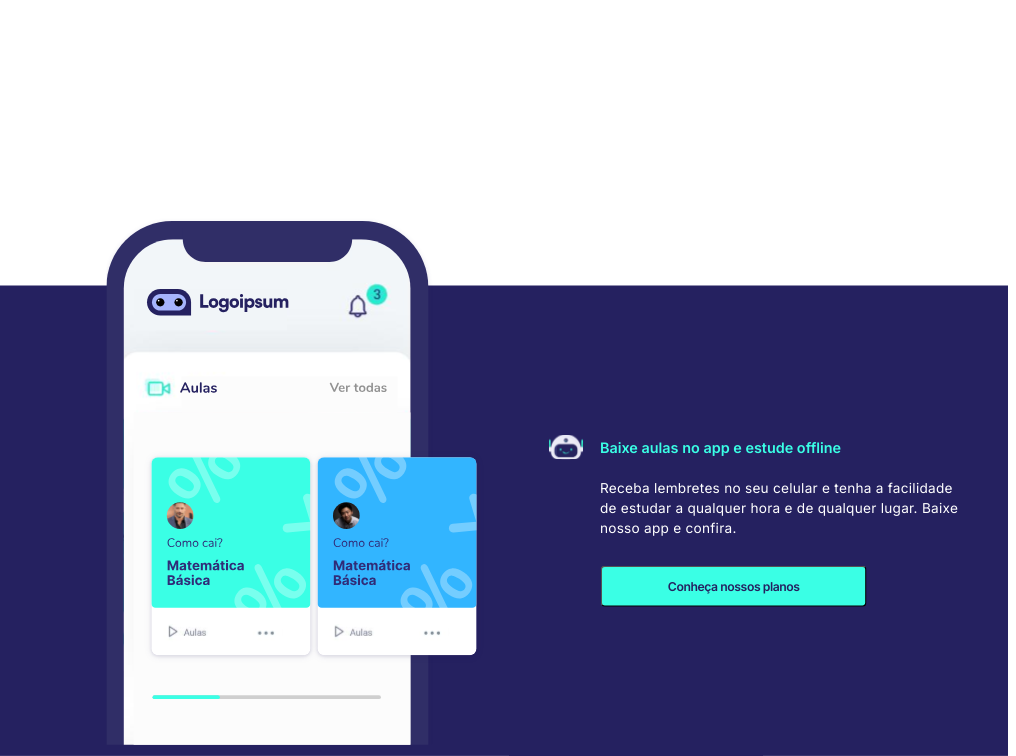
Repository: Williamlmachado/Desafio-Landing-page
Page: index.html
The author's editor kept a copy of each file at every save. The page is drawn from the files as they stood at one save, then again after the next save.
The browser window is 1280 px wide. The page is 1452 px wide, so the pictures cover 1452 px, including what lies to the right of the window. The pictures show the part of the page from y = 4127 to 5807 px (the page is 5207 px tall before and 5807 px after), at 70% of full size.
Some icons come from a web library that is not loaded, so they are not drawn.

Above is the page before, as saved 2021-11-10 19:34:39.

After the next save:
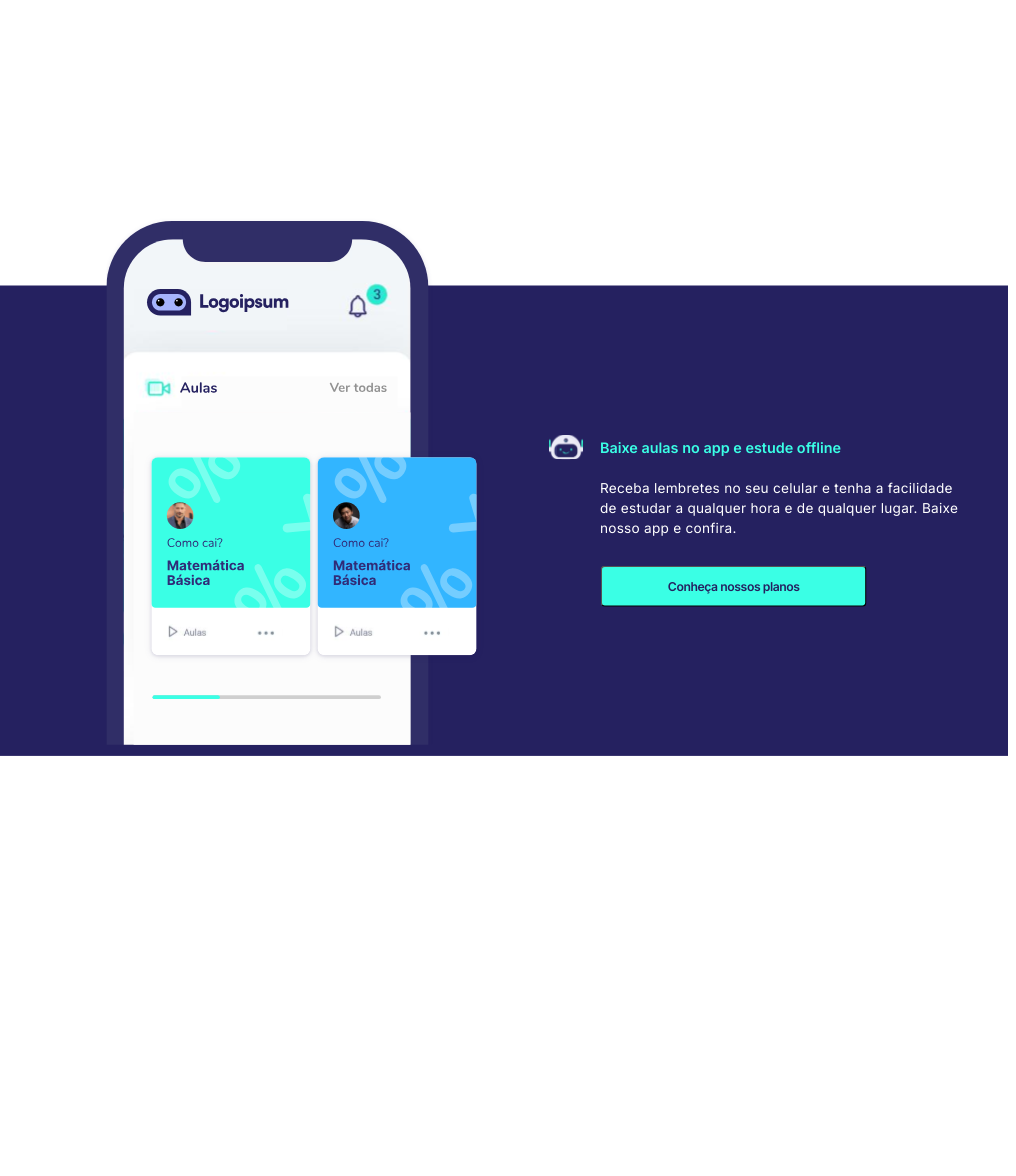
Saved 15 s later.
--- a/style.css
+++ b/style.css
@@ -562,6 +562,15 @@
 }
 
 .nossosplanos{
-
-
-}
+    position: absolute;
+    width: 333.69px;
+    height: 30px;
+    left: 135px;
+    top: 2884px;
+    font-family: Nunito;
+    font-style: normal;
+    font-weight: bold;
+    font-size: 22px;
+    line-height: 30px;
+    color: #32B5FF;
+}

After the save that followed:
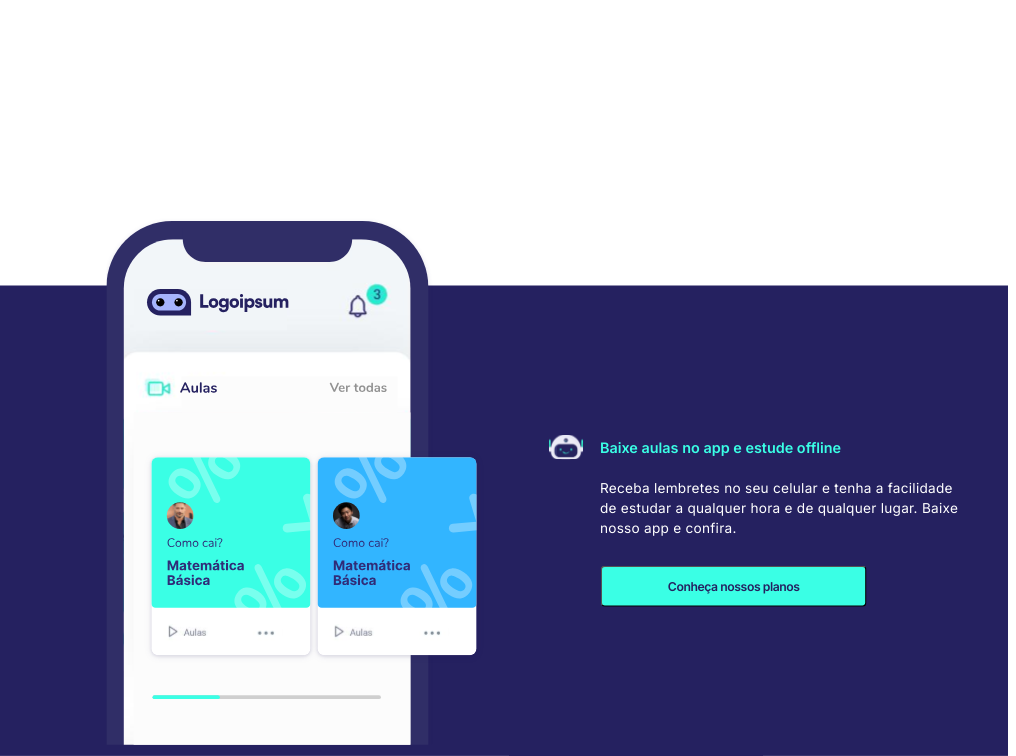
Saved 16 s later.
--- a/style.css
+++ b/style.css
@@ -566,7 +566,7 @@
     width: 333.69px;
     height: 30px;
     left: 135px;
-    top: 2884px;
+    top: 70px;
     font-family: Nunito;
     font-style: normal;
     font-weight: bold;
